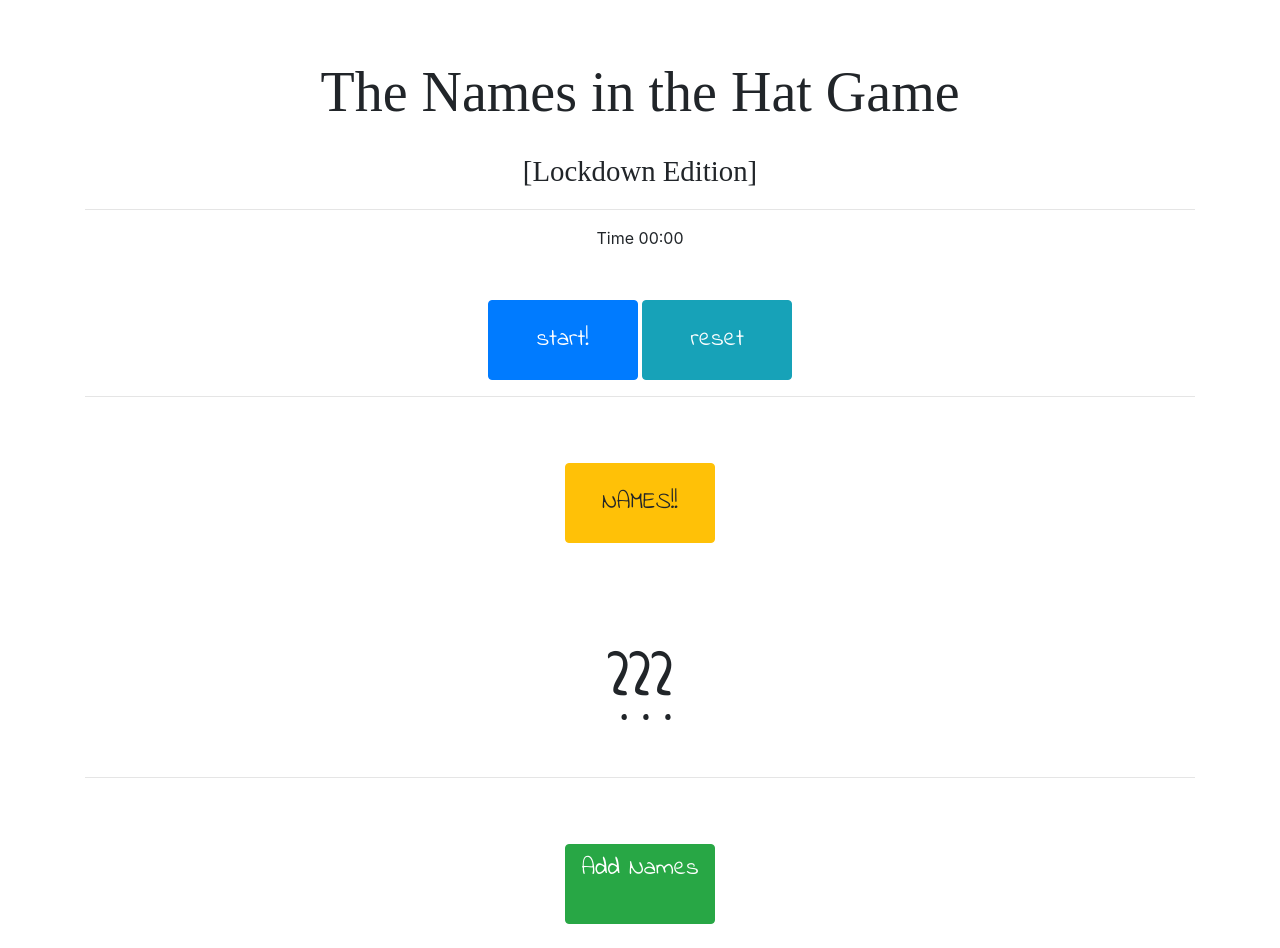
Repository: TaylorD1982/randomizer
Page: index.html
The author's editor kept a record of every edit. The page is drawn from the files as they stood at one moment, then again after the next edit.
The browser window is 1280 px wide. The pictures show the whole page.
Some web fonts or font styles are not loaded; a fallback is used. Some web libraries are served in a nearby version.

Above is the page before.
Console error: TypeError: Cannot read properties of null (reading 'addEventListener')

After the next edit:
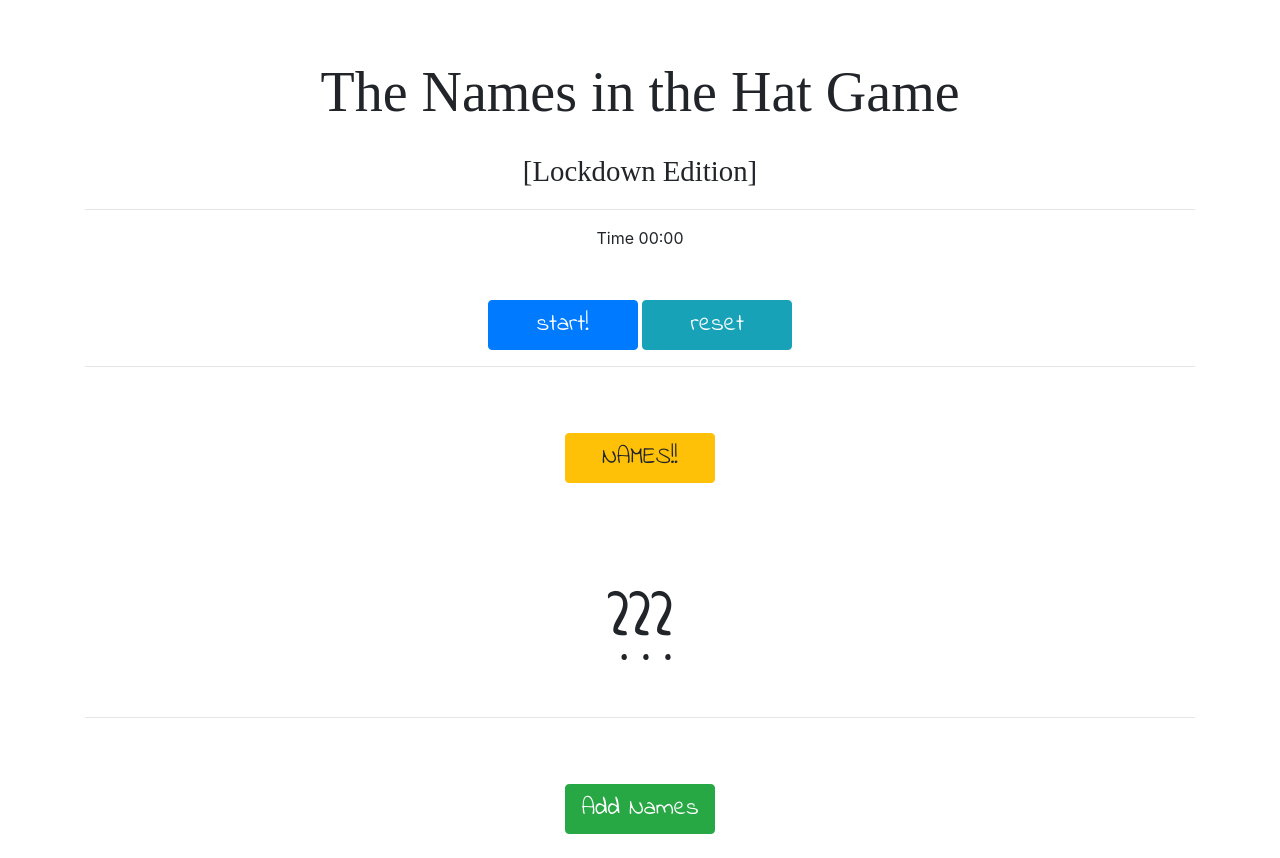
The edit:
--- a/style.css
+++ b/style.css
@@ -11,7 +11,6 @@
 
 .btn {
     width: 150px;
-    height: 80px;
     font-family: 'Indie Flower', cursive;
     font-size: 1.5em;
     margin-top: 50px;
